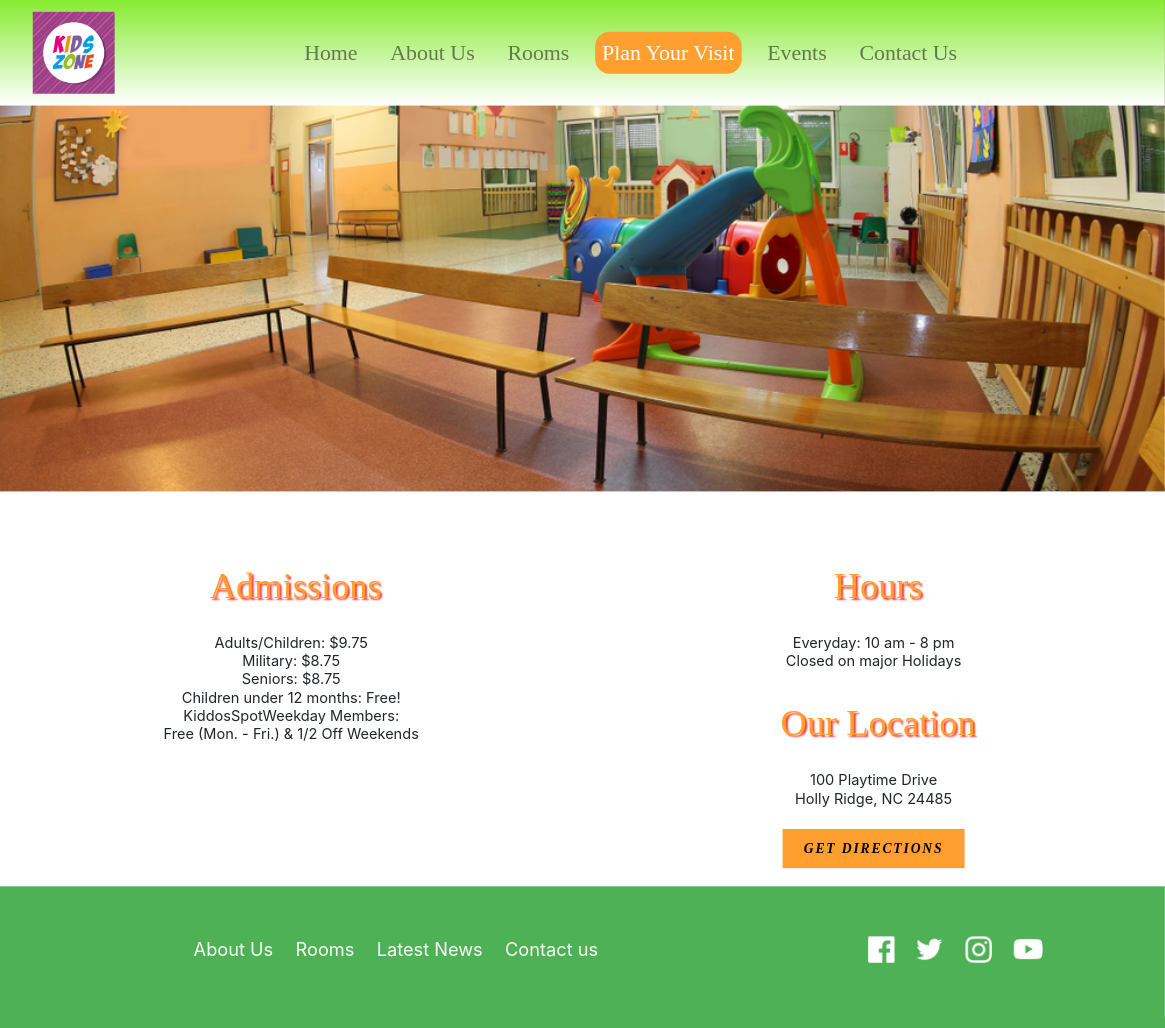
Repository: Code-Institute-Submissions/my-first-frontend-milestone-project
Page: planyourvisit.html
The author's editor kept a record of every edit. The page is drawn from the files as they stood at one moment, then again after the next edit.
The browser window is 1280 px wide. The pictures show the whole page, at 91% of full size.
Some web fonts or font styles are not loaded; a fallback is used.

Above is the page before.

### planyourvisit.html
<!DOCTYPE html>
<html lang="en">

<head>
    <meta charset="UTF-8">
    <meta name="viewport" content="width=device-width, initial-scale=1.0">
    <meta http-equiv="X-UA-Compatible" content="ie=edge">
    <script src="https://code.jquery.com/jquery-3.3.1.slim.min.js" integrity="sha384-q8i/X+965DzO0rT7abK41JStQIAqVgRVzpbzo5smXKp4YfRvH+8abtTE1Pi6jizo" crossorigin="anonymous"></script>
    <script src="https://cdnjs.cloudflare.com/ajax/libs/popper.js/1.14.7/umd/popper.min.js" integrity="sha384-UO2eT0CpHqdSJQ6hJty5KVphtPhzWj9WO1clHTMGa3JDZwrnQq4sF86dIHNDz0W1" crossorigin="anonymous"></script>
    <link rel="stylesheet" href="https://stackpath.bootstrapcdn.com/bootstrap/4.3.1/css/bootstrap.min.css" integrity="sha384-ggOyR0iXCbMQv3Xipma34MD+dH/1fQ784/j6cY/iJTQUOhcWr7x9JvoRxT2MZw1T" crossorigin="anonymous">
    <script src="https://stackpath.bootstrapcdn.com/bootstrap/4.3.1/js/bootstrap.min.js" integrity="sha384-JjSmVgyd0p3pXB1rRibZUAYoIIy6OrQ6VrjIEaFf/nJGzIxFDsf4x0xIM+B07jRM" crossorigin="anonymous"></script>
    <link rel="stylesheet" href="https://maxcdn.bootstrapcdn.com/font-awesome/4.7.0/css/font-awesome.min.css" type="text/css" />
    <link rel="stylesheet" href="css/style.css">
    <title>KiddosSpot</title>
</head>

<body>
    <header>
        <!-- Used Bootstrap for basic nav. EGB -->
        <nav class="navbar fixed-top navbar-light
         navbar-expand-lg  navbar-fixed-top navstyle">
            <a class="navbar-brand" href="#">
           <img src="./images/logo.jpg" class="logo" alt="Kid's Spot Logo">
          </a>
            <button class="navbar-toggler" type="button" data-toggle="collapse" data-target="#navbarSupportedContent" aria-controls="navbarSupportedContent" aria-expanded="false" aria-label="Toggle navigation">
              <span class="navbar-toggler-icon"></span>
          </button>
            <div class="collapse navbar-collapse" id="navbarSupportedContent">
                <ul class="nav navbar-nav mr-auto" style=" margin: 0 auto;">
                    <li class="nav-item">
                        <a class="nav-link" href="index.html">Home <span class="sr-only">(current)</span></a>
                    </li>
                    <li class="nav-item">
                        <a class="nav-link about-menu" href="about.html">About Us</a>
                    </li>
                    <li class="nav-item">
                        <a class="nav-link" href="rooms.html">Rooms</a>
                    </li>
                    <li class="nav-item active4">
                        <a class="nav-link" href="planyourvisit.html">Plan Your Visit</a>
                    </li>
                    <li class="nav-item">
                        <a class="nav-link" href="events.html">Events</a>
                    </li>
                    <li class="nav-item">
                        <a class="nav-link" href="contact.html">Contact Us</a>
                    </li>
            </div>
        </nav>
    </header>

    <section>
        <!-- Bootstrap grid approach for columns -->
        <div class="container-fluid">
            <div class="row">
                <div class="col-12 banner-your-visit"> </div>
            </div>
            <div class = "row">
                <div class= "col-md-6 compact-paragraph">
                    <h2 class="subtitle-plan-your-visit">Admissions</h2>
                    <p>Adults/Children: $9.75</p>
                    <p>Military: $8.75</p>
                    <p>Seniors: $8.75</p>
                    <p>Children under 12 months: Free!</p>
                    <p>KiddosSpotWeekday Members:</p>
                    <p>Free (Mon. - Fri.) & 1/2 Off Weekends</p>
                </div>
                <div class= "col-md-6 compact-paragraph">
                    <h2 class="subtitle-plan-your-visit">Hours</h2>
                    <p>Everyday: 10 am - 8 pm</p>
                    <p>Closed on major Holidays</p>
                    <h2 class="subtitle-plan-your-visit" style="padding-top:15px;">Our Location</h2>
                    <p>100 Playtime Drive</p>
                    <p>Holly Ridge, NC 24485</p>
                    <br>
                    <div style="text-align:center;">
                        <a class="getdirections-btn" href="#"><em>Get Directions</em></a>
                    </div>
                </div>
            </div>
        </div>
        <!-- container fluid -->
    </section>
    <footer class="container-fluid">
        <div id="footer-details" class="row">
            <div class="col-sm-8">
                <nav id="menu-widget-2">
                    <ul>
                        <li>
                            <a href="about.html">About Us</a></li>
                        <li>
                            <a href="rooms.html">Rooms</a></li>
                        <li>
                            <a href="news.html">Latest News</a></li>
                        <li>
                            <a href="contact.html">Contact us</a></li>
                    </ul>
                </nav>
            </div>
            <div id="social-media" class="col-sm-4">
                <a href="#" target="_blank">
                        <img src="./images/facebook.png">
                </a>
                <a href="#" target="_blank">
                        <img src="./images/twitter.png">
                </a>
                <a href="#" target="_blank">
                        <img src="./images/instagram.png">
                </a>
                <a href="#" target="_blank">
                        <img src="./images/youtube.png">
                </a>
            </div>
        </div>
    </footer>
</body>

</html>

Loaded but not shown: css/style.css (946 lines, source omitted)

After the next edit:
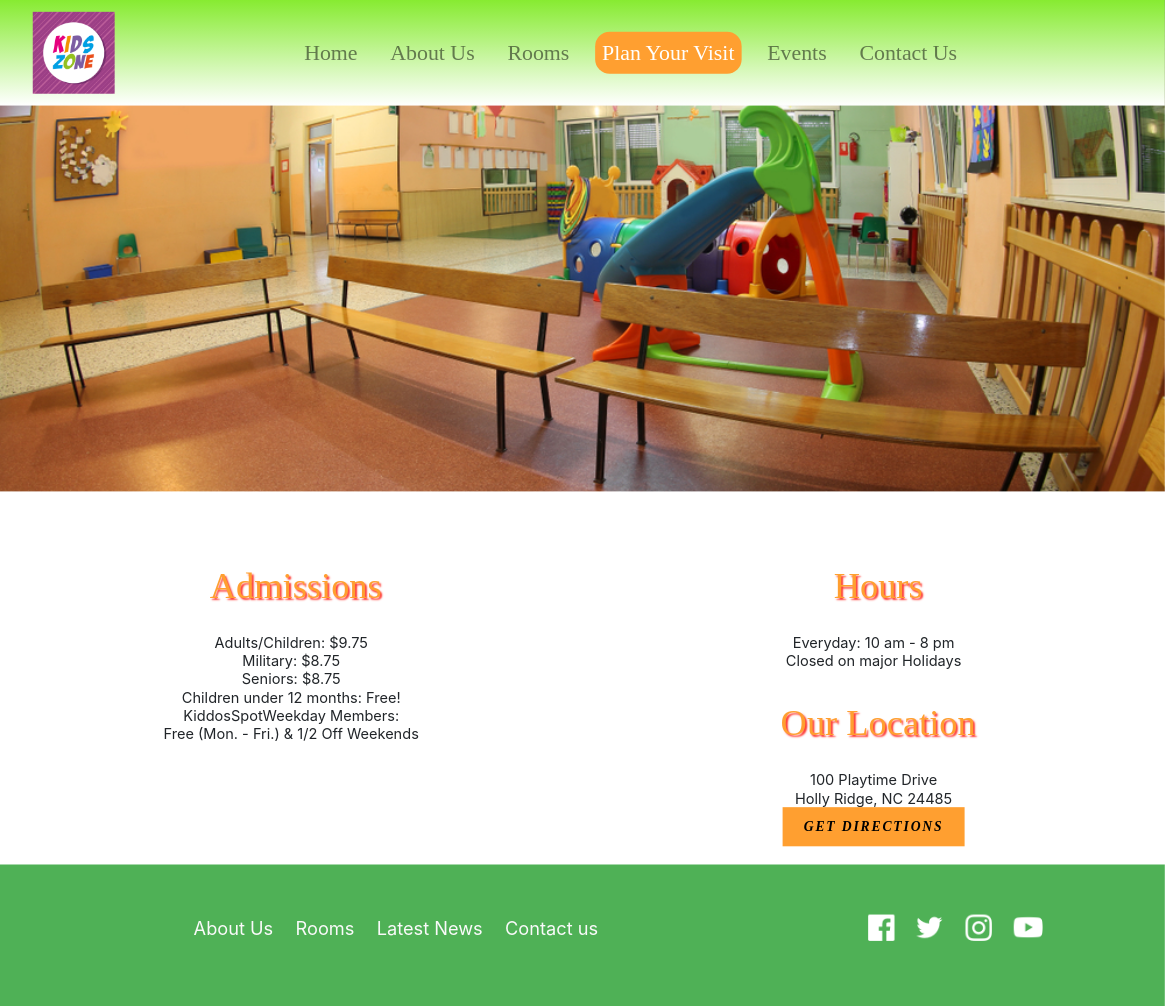
The edit:
--- a/planyourvisit.html
+++ b/planyourvisit.html
@@ -72,8 +72,7 @@
                     <h2 class="subtitle-plan-your-visit" style="padding-top:15px;">Our Location</h2>
                     <p>100 Playtime Drive</p>
                     <p>Holly Ridge, NC 24485</p>
-                    <br>
-                    <div style="text-align:center;">
+                    <div>
                         <a class="getdirections-btn" href="#"><em>Get Directions</em></a>
                     </div>
                 </div>
